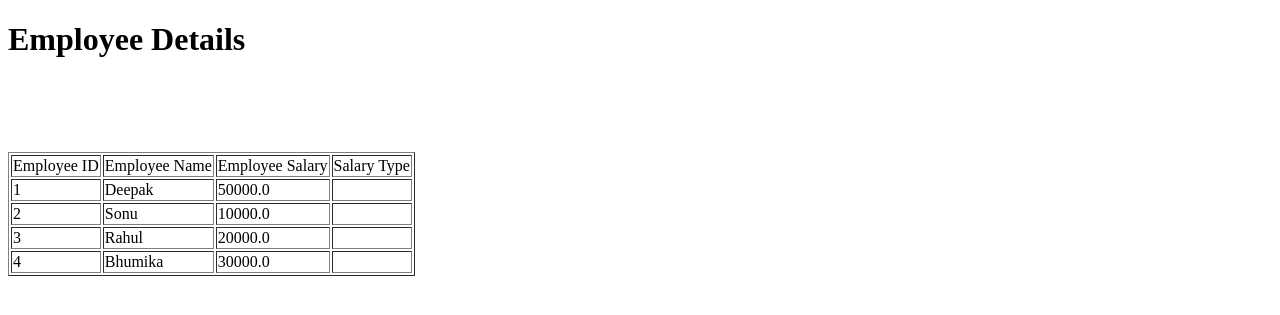
Repository: bhatideepak599/JspServlets
Page: http://localhost/05-java-jstl-tag-demo/jstl-employee-foreach.jsp
These files come from the project's save history. The page is drawn as it stood at one moment and after the next save; the edit follows.
The browser window is 1280 px wide. The pictures show the whole page.
The page is served by Tomcat 9.

Above is the page before, as saved 2024-07-15 10:17:25.

### 05-java-jstl-tag-demo/WebContent/jstl-employee-foreach.jsp
<%@page import="com.techlabs.model.Employee"%>
<%@ page language="java" contentType="text/html; charset=ISO-8859-1"
	pageEncoding="ISO-8859-1"%>

<%@ page import="java.util.List"%>
<%@ page import="com.techlabs.model.Employee"%>
<%@ page import="java.util.ArrayList"%>


<%@ taglib uri="http://java.sun.com/jsp/jstl/core" prefix="c"%>
<%@ taglib uri="http://java.sun.com/jsp/jstl/functions" prefix="fn"%>

<!DOCTYPE html>
<html>
<head>
<meta charset="ISO-8859-1">
<title>Insert title here</title>
</head>
<body>
	<%
		List<Employee> lst = new ArrayList<>();
	lst.add(new Employee("Deepak", 1, 50000));
	lst.add(new Employee("Sonu", 2, 10000));
	lst.add(new Employee("Rahul", 3, 20000));
	lst.add(new Employee("Bhumika", 4, 30000));
	pageContext.setAttribute("theEmployees", lst);
	%>

	<table border 2px>
		<h1>
			<b>Employee Details </b>
		</h1>
		<tr>
			<td>Employee ID</td>
			<td>Employee Name</td>
			<td>Employee Salary</td>
			<td>Salary Type</td>

		</tr>

		<c:forEach var="emp" items="${theEmployees }">
			<tr>
				<td>${emp.id }</td>
				<td>${emp.name }</td>
				<td>${emp.salary }</td>
				<td>
					<c:if test="${emp.salary }>=20000">
						High Salary
					</c:if>
					<c:if test="${emp.salary }<20000">
						Low Salary
					</c:if>

				</td>

			</tr>
			<br>

		</c:forEach>

	</table>
</body>
</html>

### 05-java-jstl-tag-demo/src/com/techlabs/model/Employee.java
package com.techlabs.model;

public class Employee {
	private String name;
	private int id;
	private double salary;

	public Employee(String name, int id, double salary) {
		super();
		this.name = name;
		this.id = id;
		this.salary = salary;
	}

	public String getName() {
		return name;
	}

	public void setName(String name) {
		this.name = name;
	}

	public int getId() {
		return id;
	}

	public void setId(int id) {
		this.id = id;
	}

	public double getSalary() {
		return salary;
	}

	public void setSalary(double salary) {
		this.salary = salary;
	}

}

After the next save:
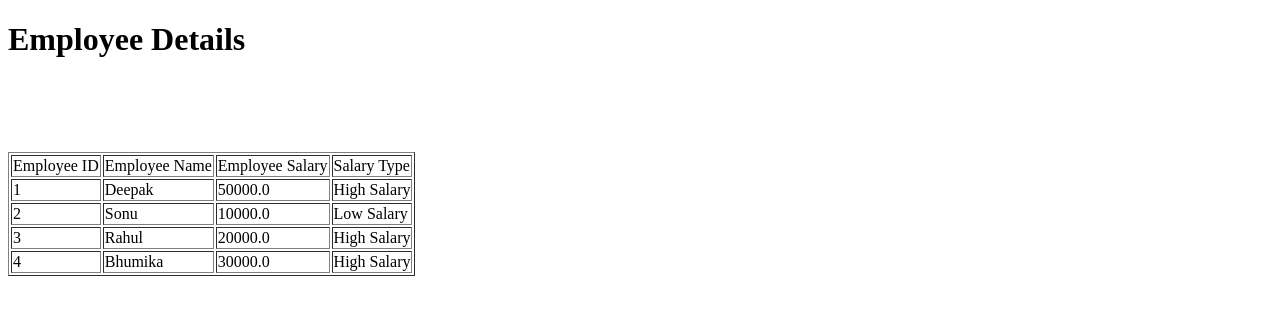
Saved 47 s later.
--- a/05-java-jstl-tag-demo/WebContent/jstl-employee-foreach.jsp
+++ b/05-java-jstl-tag-demo/WebContent/jstl-employee-foreach.jsp
@@ -44,10 +44,10 @@
 				<td>${emp.name }</td>
 				<td>${emp.salary }</td>
 				<td>
-					<c:if test="${emp.salary }>=20000">
+					<c:if test="${emp.salary >=20000 }">
 						High Salary
 					</c:if>
-					<c:if test="${emp.salary }<20000">
+					<c:if test="${emp.salary <20000}">
 						Low Salary
 					</c:if>
 
